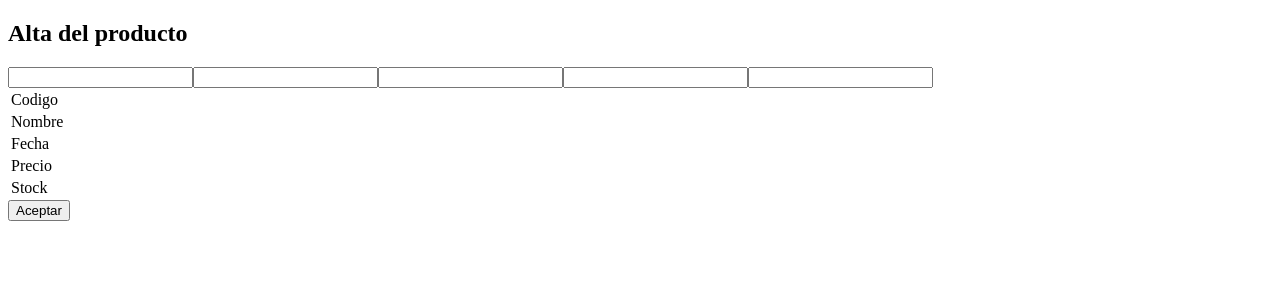
Repository: jaimedelgado/Formacion-JAVA
Page: http://localhost/gestionProductosSpring/alta
These files come from the project's save history. The page is drawn as it stood at one moment and after the next save; the edit follows.
The browser window is 1280 px wide. The pictures show the whole page.
The page is served by Tomcat 9. Other server files are loaded and not shown.

Above is the page before, as saved 2015-10-29 13:14:22.

### gestionProductosSpring/webapp/WEB-INF/jsp/alta.jsp
<%@ page language="java" contentType="text/html; charset=ISO-8859-1"
    pageEncoding="ISO-8859-1"%>
<!DOCTYPE html PUBLIC "-//W3C//DTD HTML 4.01 Transitional//EN" "http://www.w3.org/TR/html4/loose.dtd">
<html>
	<head>
		<meta http-equiv="Content-Type" content="text/html; charset=ISO-8859-1">
		<title>Alta del producto</title>
	</head>
	<body>
		<h2>Alta del producto</h2>

			<form action="altaProducto">
				<table>
					<tr><td>Codigo</td><input type="text" name="codigo"/></tr>
					<tr><td>Nombre</td><input type="text" name="nombre"/></tr>
					<tr><td>Fecha</td><input type="text" name="fecha"/></tr>
					<tr><td>Precio</td><input type="text" name="precio"/></tr>
					<tr><td>Stock</td><input type="text" name="stock"/></tr>
				</table>
			<input type="submit" value="Aceptar"/>
		</form>
	</body>
</html>

After the next save:
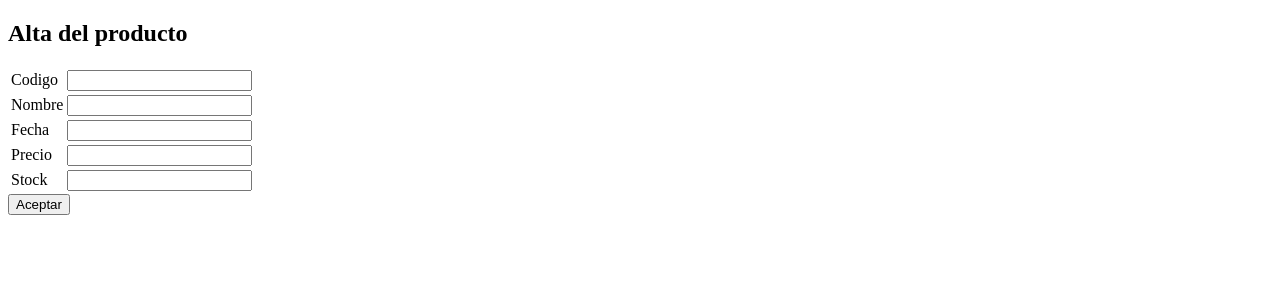
Saved 31 s later.
--- a/gestionProductosSpring/webapp/WEB-INF/jsp/alta.jsp
+++ b/gestionProductosSpring/webapp/WEB-INF/jsp/alta.jsp
@@ -11,11 +11,11 @@
 
 			<form action="altaProducto">
 				<table>
-					<tr><td>Codigo</td><input type="text" name="codigo"/></tr>
-					<tr><td>Nombre</td><input type="text" name="nombre"/></tr>
-					<tr><td>Fecha</td><input type="text" name="fecha"/></tr>
-					<tr><td>Precio</td><input type="text" name="precio"/></tr>
-					<tr><td>Stock</td><input type="text" name="stock"/></tr>
+					<tr><td>Codigo</td><td><input type="text" name="codigo"/></td></tr>
+					<tr><td>Nombre</td><td><input type="text" name="nombre"/></td></tr>
+					<tr><td>Fecha</td><td><input type="text" name="fecha"/></td></tr>
+					<tr><td>Precio</td><td><input type="text" name="precio"/></td></tr>
+					<tr><td>Stock</td><td><input type="text" name="stock"/></td></tr>
 				</table>
 			<input type="submit" value="Aceptar"/>
 		</form>
